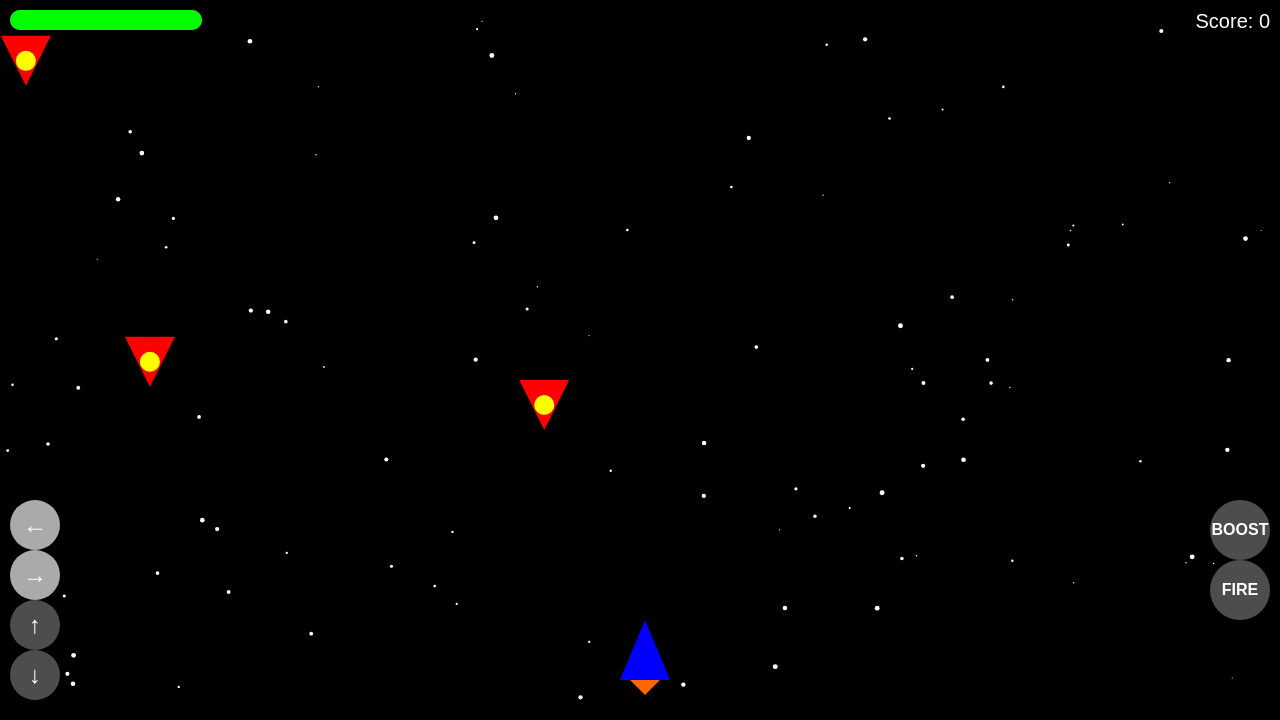
Repository: BiranOrundas/space-shooter
Page: space-shooter.html
An editor plug-in stored every save of this project. The page is shown before and after a run of saves, followed by the edit.
The browser window is 1280 px wide. The pictures show the whole page.

Above is the page before, as saved 2025-03-13 15:43:20.

### space-shooter.html
<!DOCTYPE html>
<html lang="en">
<head>
  <meta charset="UTF-8">
  <meta name="viewport" content="width=device-width, initial-scale=1.0">
  <title>Space Shooter</title>
  <style>
    body {
      margin: 0;
      overflow: hidden;
      touch-action: none;
      font-family: Arial, sans-serif;
      background-color: #000;
      display: flex;
      justify-content: center;
      align-items: center;
      height: 100vh;
    }

    #game-container {
      position: relative;
      width: 100vw;
      height: 100vh;
      background-color: #000;
      overflow: hidden;
      touch-action: none;
    }

    #game-canvas {
      width: 100%;
      height: 100%;
    }

    #controls {
      position: absolute;
      bottom: 20px;
      left: 0;
      width: 100%;
      display: flex;
      justify-content: space-between;
      z-index: 10;
    }

    .direction-btn {
      width: 50px;
      height: 50px;
      background-color: rgba(255, 255, 255, 0.3);
      border-radius: 50%;
      display: flex;
      justify-content: center;
      align-items: center;
      color: white;
      font-weight: bold;
      font-size: 24px;
      user-select: none;
      margin: 0 10px;
    }
    .direction-btnpress {
      width: 50px;
      height: 50px;
      background-color: rgba(24, 124, 4, 0.3);
      border-radius: 50%;
      display: flex;
      justify-content: center;
      align-items: center;
      color: white;
      font-weight: bold;
      font-size: 24px;
      user-select: none;
      margin: 0 10px;
    }

    .action-btn {
      width: 60px;
      height: 60px;
      background-color: rgba(255, 255, 255, 0.3);
      border-radius: 50%;
      display: flex;
      justify-content: center;
      align-items: center;
      color: white;
      font-weight: bold;
      font-size: 16px;
      user-select: none;
      margin: 0 10px;
    }

    #life-bar-container {
      position: absolute;
      top: 10px;
      left: 10px;
      width: 15%;
      height: 20px;
      background-color: rgba(255, 255, 255, 0.3);
      border-radius: 10px;
    }

    #life-bar {
      height: 100%;
      width: 100%;
      background-color: #0f0;
      border-radius: 10px;
      transition: width 0.5s;
    }

    #score {
      position: absolute;
      top: 10px;
      right: 10px;
      color: white;
      font-size: 20px;
    }

    #game-over {
      position: absolute;
      top: 0;
      left: 0;
      width: 100%;
      height: 100%;
      background-color: rgba(0, 0, 0, 0.8);
      display: none;
      flex-direction: column;
      justify-content: center;
      align-items: center;
      color: white;
      font-size: 30px;
      z-index: 20;
    }

    #restart-btn {
      margin-top: 20px;
      padding: 10px 20px;
      background-color: #0f0;
      color: black;
      border: none;
      border-radius: 5px;
      font-size: 18px;
      cursor: pointer;
    }

    .star {
      position: absolute;
      background-color: white;
      border-radius: 50%;
    }
  </style>
</head>
<body>
  <div id="game-container">
    <div id="life-bar-container">
      <div id="life-bar"></div>
    </div>
    <div id="score">Score: 0</div>
    <canvas id="game-canvas"></canvas>

    <div id="controls">
      <div id="movement-controls">
        <div name="leftButton" class="direction-btn" id="left-btn">←</div>
        <div name="rightButton" class="direction-btn" id="right-btn">→</div>
        <div name="upButton" class="direction-btn" id="up-btn">↑</div>
        <div name="downButton" class="direction-btn" id="down-btn">↓</div>
      </div>
      <div id="action-controls">
        <div class="action-btn" id="boost-btn">BOOST</div>
        <div class="action-btn" id="shoot-btn">FIRE</div>
      </div>
    </div>

    <div id="game-over">
      <div>GAME OVER</div>
      <div id="final-score">Score: 0</div>
      <button id="restart-btn">Restart</button>
    </div>
  </div>

  <script>
    // Game setup
    const canvas = document.getElementById('game-canvas');
    const ctx = canvas.getContext('2d');

    // Set canvas dimensions to match container
    const container = document.getElementById('game-container');
    canvas.width = container.clientWidth;
    canvas.height = container.clientHeight;

    // Game variables
    let score = 15000;
    let gameOver = false;
    let animationId;

    // Player variables
    const player = {
      x: canvas.width / 2 - 20,
      y: canvas.height - 100,
      width: 50,
      height: 60,
      speed: 5,
      boostedSpeed: 10,
      isBoosting: false,
      life: 100,
      color: '#00f',
      cooldown: 0,
      lastShot: 0
    };


    // Game elements arrays
    const bullets = [];
    const enemies = [];
    const stars = [];

    // Control variables
    let leftPressed = false;
    let rightPressed = false;
    let upPressed = false;
    let downPressed = false;
    let shootPressed = false;
    let boostPressed = false;

    // Generate stars for background
    function createStars() {
      const starCount = 100;
      for (let i = 0; i < starCount; i++) {
        stars.push({
          x: Math.random() * canvas.width,
          y: Math.random() * canvas.height,
          size: Math.random() * 2 + 0.5,
          speed: Math.random() * 2 + 1.9
        });
      }
    }

    // Draw player's spaceship
    function drawPlayer() {
      // Draw player ship
      ctx.fillStyle = player.color;

      // Ship body
      ctx.beginPath();
      ctx.moveTo(player.x + player.width / 2, player.y);
      ctx.lineTo(player.x + player.width, player.y + player.height);
      ctx.lineTo(player.x, player.y + player.height);
      ctx.closePath();
      ctx.fill();

      // Engine flames
      if (player.isBoosting) {
        ctx.fillStyle = '#ff0';
      } else {
        ctx.fillStyle = '#f60';
      }

      const flameHeight = player.isBoosting ? 30 : 15;
      ctx.beginPath();
      ctx.moveTo(player.x + 10, player.y + player.height);
      ctx.lineTo(player.x + player.width / 2, player.y + player.height + flameHeight);
      ctx.lineTo(player.x + player.width - 10, player.y + player.height);
      ctx.closePath();
      ctx.fill();
    }

    // Create a bullet
    function shootBullet() {
      const now = Date.now();
      if (now - player.lastShot > 100) { // Cooldown in ms
        bullets.push({
          x: player.x + player.width / 2 - 3,
          y: player.y,
          width: 2,
          height: 10,
          speed: 20,
          color: '#f00'
        });
        player.lastShot = now;
      }
    }

    // Draw bullets
    function drawBullets() {
      bullets.forEach(bullet => {
        ctx.fillStyle = bullet.color;
        ctx.fillRect(bullet.x, bullet.y, bullet.width, bullet.height);
      });
    }

    // Create enemy ships
// Create enemy ships
function spawnEnemy() {
  if (Math.random() < 0.02 && !gameOver) {
    // Eğer boost aktifse, düşmanların hızını artır
    const enemySpeed = player.isBoosting ? Math.random() * 16 + 2 : Math.random() * 2 + 1;

    enemies.push({
      x: Math.random() * (canvas.width - 50),
      y: -50,
      width: 50,
      height: 50,
      speed: enemySpeed  // Boost durumuna göre hız
    });
  }
}


    // Draw enemy ships
    function drawEnemies() {
      enemies.forEach(enemy => {
        // Enemy ship body
        ctx.fillStyle = '#f00';
        ctx.beginPath();
        ctx.moveTo(enemy.x + enemy.width / 2, enemy.y + enemy.height);
        ctx.lineTo(enemy.x + enemy.width, enemy.y);
        ctx.lineTo(enemy.x, enemy.y);
        ctx.closePath();
        ctx.fill();

        // Enemy details
        ctx.fillStyle = '#ff0';
        ctx.beginPath();
        ctx.arc(enemy.x + enemy.width / 2, enemy.y + enemy.height / 2, 10, 0, Math.PI * 2);
        ctx.fill();
      });
    }

    // Draw stars background
    function drawStars() {
      ctx.fillStyle = 'white';
      stars.forEach(star => {
        ctx.beginPath();
        ctx.arc(star.x, star.y, star.size, 0, Math.PI * 2);
        ctx.fill();
      });
    }

    // Update star positions
  // Update star positions
function updateStars() {
  stars.forEach(star => {
    // Eğer boost aktifse, yıldızın hızını artır
    const speedFactor = player.isBoosting ? 3.5 : 1; // Boost aktifse hız 1.5 kat artar, yoksa normal hız

    star.y += star.speed * speedFactor; // Yıldızın hızı boost durumuna göre değişir


    // Eğer yıldız ekranın dışına çıkarsa, konumunu sıfırlayın
    if (star.y > canvas.height) {
      star.y = 0;
      star.x = Math.random() * canvas.width;
    }
  });
}


// Update game elements
function updateGameElements() {

  if (leftPressed && player.x > 0) {
    player.x -= player.isBoosting ? player.boostedSpeed : player.speed;
    const LeftDirs = document.getElementsByName("leftButton");
LeftDirs.forEach(btn => {
    btn.style.backgroundColor = "#5CE65C";
});
  }else{
    const LeftDirs = document.getElementsByName("leftButton");
LeftDirs.forEach(btn => {
    btn.style.backgroundColor = "#AAAAAA";
})};



  if (rightPressed && player.x < canvas.width - player.width) {
    player.x += player.isBoosting ? player.boostedSpeed : player.speed;

    const rightDirs = document.getElementsByName("rightButton");
    rightDirs.forEach(btn => {
    btn.style.backgroundColor = "#5CE65C";
});
  }else{
    const rightDirs = document.getElementsByName("rightButton");
    rightDirs.forEach(btn => {
    btn.style.backgroundColor = "#AAAAAA";
})};


  if (upPressed && player.y < canvas.height - player.height) {
    player.y -= player.isBoosting ? player.boostedSpeed : player.speed;
    const uptDirs = document.getElementsByName("upButton");
    uptDirs.forEach(btn => {
    btn.style.backgroundColor = "#5CE65C";
});

  }else{
    const rightDirs = document.getElementsByName("rightButton");
    rightDirs.forEach(btn => {
    btn.style.backgroundColor = "#AAAAAA";
})};






  if (downPressed && player.y < canvas.height - 20 - player.height) {
    player.y += player.isBoosting ? player.boostedSpeed : player.speed;
  }

  // Update bullets
  for (let i = 0; i < bullets.length; i++) {
    bullets[i].y -= bullets[i].speed;

    // Remove bullets that are off screen
    if (bullets[i].y < 0) {
      bullets.splice(i, 1);
      i--;
    }
  }

  // Update enemies
  for (let i = 0; i < enemies.length; i++) {
    enemies[i].y += enemies[i].speed;

    // Check for collision with player
    if (
      player.x < enemies[i].x + enemies[i].width &&
      player.x + player.width > enemies[i].x &&
      player.y < enemies[i].y + enemies[i].height &&
      player.y + player.height > enemies[i].y
    ) {
      // Player hit by enemy
      player.life -= 20;
      updateLifeBar();

      // Remove enemy
      enemies.splice(i, 1);
      i--;

      // Check game over
      if (player.life <= 0) {
        endGame();
      }

      continue;
    }

    // Check for bullets hitting enemies
    for (let j = 0; j < bullets.length; j++) {
      if (
        bullets[j].x < enemies[i].x + enemies[i].width &&
        bullets[j].x + bullets[j].width > enemies[i].x &&
        bullets[j].y < enemies[i].y + enemies[i].height &&
        bullets[j].y + bullets[j].height > enemies[i].y
      ) {
        // Enemy hit by bullet
        score += 50;
        updateScore();

      // Global variable to track if the bullet height has been changed
let bulletHeightUpdated = false;

// Inside the game loop or where you check the score
if (score >= 100 && !bulletHeightUpdated) {
    // Set the bullet height to 100
    bullets.forEach(bullet => {
        bullet.height = 100;
        bullet.color = "#00FF00"
    });

    // Mark the bullet height as updated
    bulletHeightUpdated = true;
}


        // Remove enemy and bullet
        enemies.splice(i, 1);
        bullets.splice(j, 1);
        i--;
        break;
      }
    }

    // Remove enemies that are off screen
    if (enemies[i] && enemies[i].y > canvas.height) {
      enemies.splice(i, 1);
      i--;
    }
  }
}


function Day() {
    const space = document.getElementById("game-container");

    setTimeout((randomColor) => {
        var randomColor = Math.floor(Math.random()*16777215).toString(16);
        space.style.backgroundColor = randomColor;
    },5500);
}


    // Update life bar
    function updateLifeBar() {
      const lifeBar = document.getElementById('life-bar');
      lifeBar.style.width = `${player.life}%`;

      // Change color based on life
      if (player.life > 60) {
        lifeBar.style.backgroundColor = '#0f0';
      } else if (player.life > 30) {
        lifeBar.style.backgroundColor = '#ff0';
      } else {
        lifeBar.style.backgroundColor = '#f00';
      }
    }

    // Update score display
    function updateScore() {
      document.getElementById('score').textContent = `Score: ${score}`;
    }

    // Game over
    function endGame() {
      gameOver = true;
      document.getElementById('game-over').style.display = 'flex';
      document.getElementById('final-score').textContent = `Score: ${score}`;
      cancelAnimationFrame(animationId);
    }

    // Main game loop
    function gameLoop() {
      // Clear canvas
      ctx.fillStyle = '#000';
      ctx.fillRect(0, 0, canvas.width, canvas.height);
        //Space Turning
      Day();

      // Draw stars
      drawStars();
      updateStars();

      // Spawn enemies
      spawnEnemy();


      // Update game elements
      updateGameElements();

      // Fire bullet if shoot button is pressed
      if (shootPressed) {
        shootBullet();
      }

      // Draw game elements
      drawPlayer();
      drawBullets();
      drawEnemies();

      // Continue game loop
      if (!gameOver) {
        animationId = requestAnimationFrame(gameLoop);
      }
    }

    // Event listeners for keyboard controls
    document.addEventListener('keydown', (e) => {
      if (e.key === 'ArrowLeft' || e.key === 'a') leftPressed = true;
      if (e.key === 'ArrowRight' || e.key === 'd') rightPressed = true;
      if (e.key === 'ArrowUp' || e.key === 'w') upPressed = true;
      if (e.key === 'ArrowDown' || e.key === 's') downPressed = true;
      if (e.key === ' ' || e.key === 'Enter') shootPressed = true;
      if (e.key === 'Shift') {
        boostPressed = true;
        player.isBoosting = true;
      }
    });

    document.addEventListener('keyup', (e) => {
      if (e.key === 'ArrowLeft' || e.key === 'a') leftPressed = false;
      if (e.key === 'ArrowRight' || e.key === 'd') rightPressed = false;
      if (e.key === 'ArrowUp' || e.key === 'w') upPressed = false;
      if (e.key === 'ArrowDown' || e.key === 's') downPressed = false;
      if (e.key === ' ' || e.key === 'Enter') shootPressed = false;
      if (e.key === 'Shift') {
        boostPressed = false;
        player.isBoosting = false;
      }
    });

    // Touch controls
    const leftBtn = document.getElementById('left-btn');
    const rightBtn = document.getElementById('right-btn');
    const shootBtn = document.getElementById('shoot-btn');
    const boostBtn = document.getElementById('boost-btn');

    leftBtn.addEventListener('touchstart', (e) => {
      e.preventDefault();
      leftPressed = true;
    });

    leftBtn.addEventListener('touchend', (e) => {
      e.preventDefault();
      leftPressed = false;
    });

    rightBtn.addEventListener('touchstart', (e) => {
      e.preventDefault();
      rightPressed = true;
    });

    rightBtn.addEventListener('touchend', (e) => {
      e.preventDefault();
      rightPressed = false;
    });

    shootBtn.addEventListener('touchstart', (e) => {
      e.preventDefault();
      shootPressed = true;
    });

    shootBtn.addEventListener('touchend', (e) => {
      e.preventDefault();
      shootPressed = false;
    });

    boostBtn.addEventListener('touchstart', (e) => {
      e.preventDefault();
      boostPressed = true;
      player.isBoosting = true;
    });

    boostBtn.addEventListener('touchend', (e) => {
      e.preventDefault();
      boostPressed = false;
      player.isBoosting = false;
    });

    // Mouse controls (for testing on desktop)
    leftBtn.addEventListener('mousedown', () => {
      leftPressed = true;
    });

    leftBtn.addEventListener('mouseup', () => {
      leftPressed = false;
    });

    rightBtn.addEventListener('mousedown', () => {
      rightPressed = true;
    });

    rightBtn.addEventListener('mouseup', () => {
      rightPressed = false;
    });

    shootBtn.addEventListener('mousedown', () => {
      shootPressed = true;
    });

    shootBtn.addEventListener('mouseup', () => {
      shootPressed = false;
    });

    boostBtn.addEventListener('mousedown', () => {
      boostPressed = true;
      player.isBoosting = true;
    });

    boostBtn.addEventListener('mouseup', () => {
      boostPressed = false;
      player.isBoosting = false;
    });

    // Restart game
    document.getElementById('restart-btn').addEventListener('click', () => {
      // Reset game state
      score = 0;
      gameOver = false;
      player.life = 100;
      player.x = canvas.width / 2 - 25;
      player.y = canvas.height - 100;
      player.isBoosting = false;

      // Clear arrays
      bullets.length = 0;
      enemies.length = 0;

      // Update UI
      updateScore();
      updateLifeBar();

      // Hide game over screen
      document.getElementById('game-over').style.display = 'none';

      // Start game loop
      gameLoop();
    });

    // Initialize game
    function initGame() {
      createStars();
      updateLifeBar();
      gameLoop();
    }

    // Start the game
    window.addEventListener('load', initGame);

    window.addEventListener('resize', () => {
  canvas.width = container.clientWidth;
  canvas.height = container.clientHeight;
});
  </script>
</body>
</html>

After the next 2 saves:
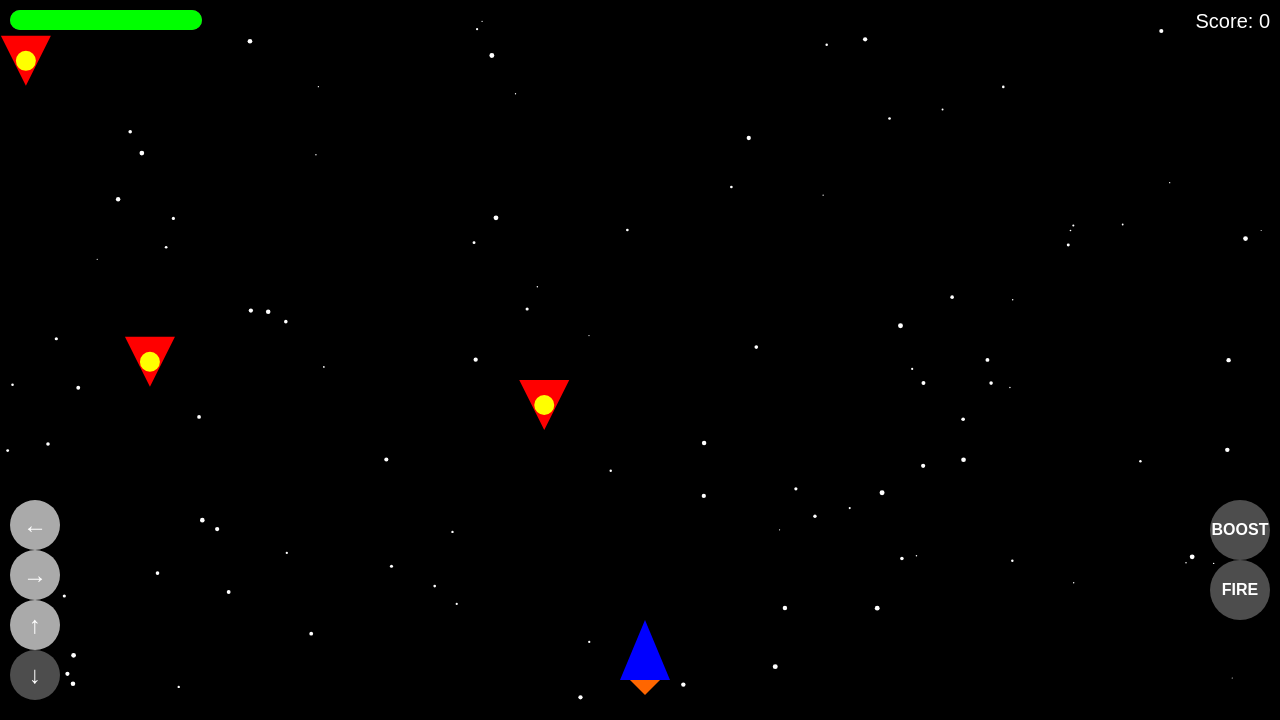
The 2 saves are shown as one change because they came seconds apart.
The last was saved 8 s later.
--- a/space-shooter.html
+++ b/space-shooter.html
@@ -389,8 +389,8 @@ LeftDirs.forEach(btn => {
 });
 
   }else{
-    const rightDirs = document.getElementsByName("rightButton");
-    rightDirs.forEach(btn => {
+    const uptDirs = document.getElementsByName("upButton");
+    uptDirs.forEach(btn => {
     btn.style.backgroundColor = "#AAAAAA";
 })};
 
